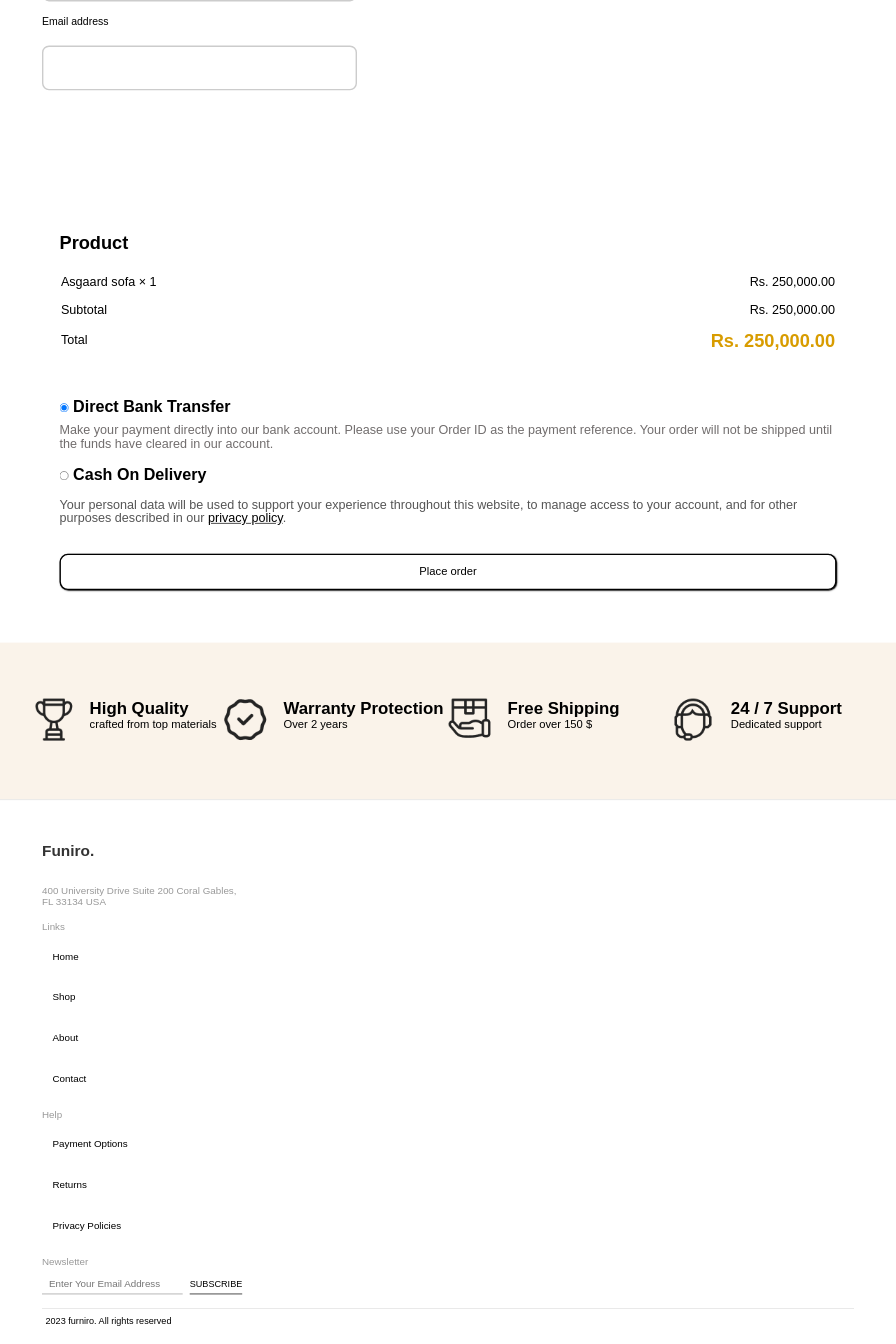
Repository: Ali1Kh/Furniro-ITI
Page: pages/checkout.html
The author's editor kept a copy of each file at every save. The page is drawn from the files as they stood at one save, then again after a run of saves.
The browser window is 1280 px wide. The pictures show the part of the page from y = 1210 to 3130 px (the page is 3130 px tall before and 2762 px after), at 70% of full size.

Above is the page before, as saved 2025-07-19 20:43:14.

After the next 2 saves:
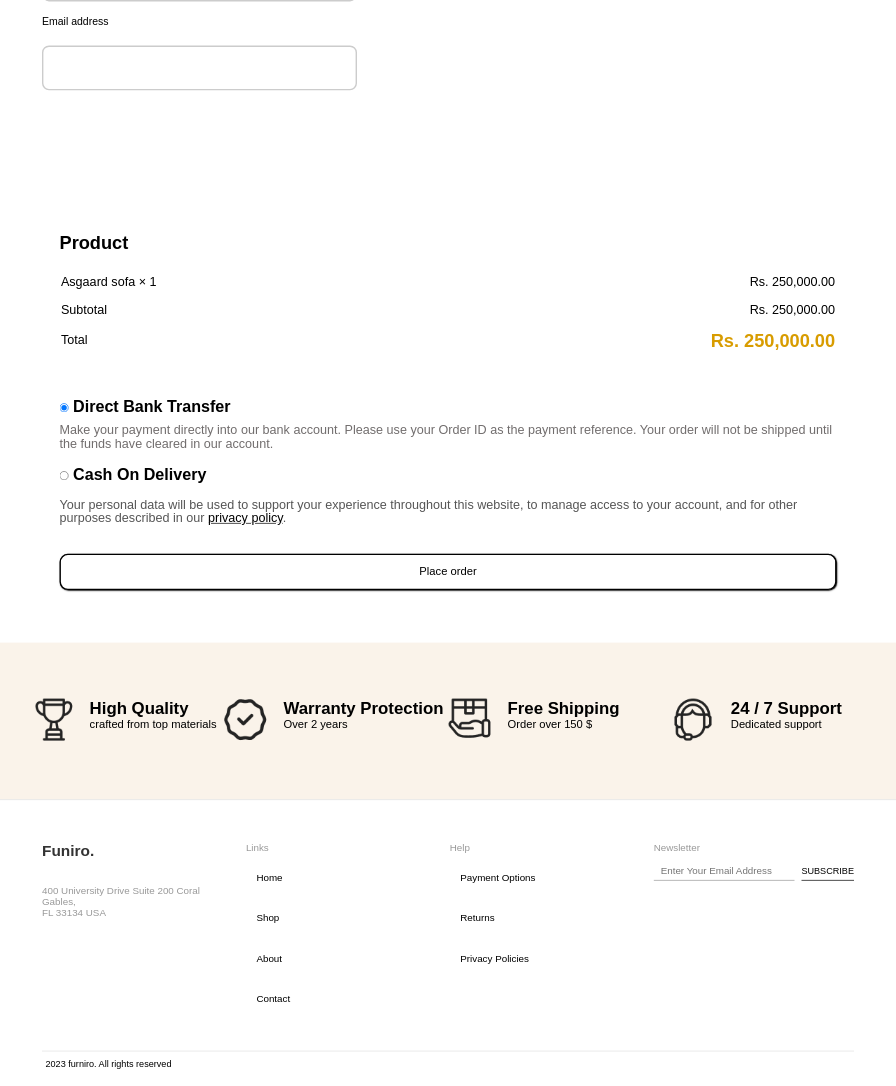
The 2 saves are shown as one change because they came seconds apart.
The last was saved 6 s later.
--- a/styles/checkout.css
+++ b/styles/checkout.css
@@ -261,6 +261,16 @@ form select {
 /* .footer-container {
   display: flex;
 } */
+
+
+
+.footer-container {
+  display: flex;
+  flex-wrap: wrap;
+  justify-content: space-between;
+  gap: 2rem;
+}
+
 
 .footer-sec {
   flex: 1 1 200px;
